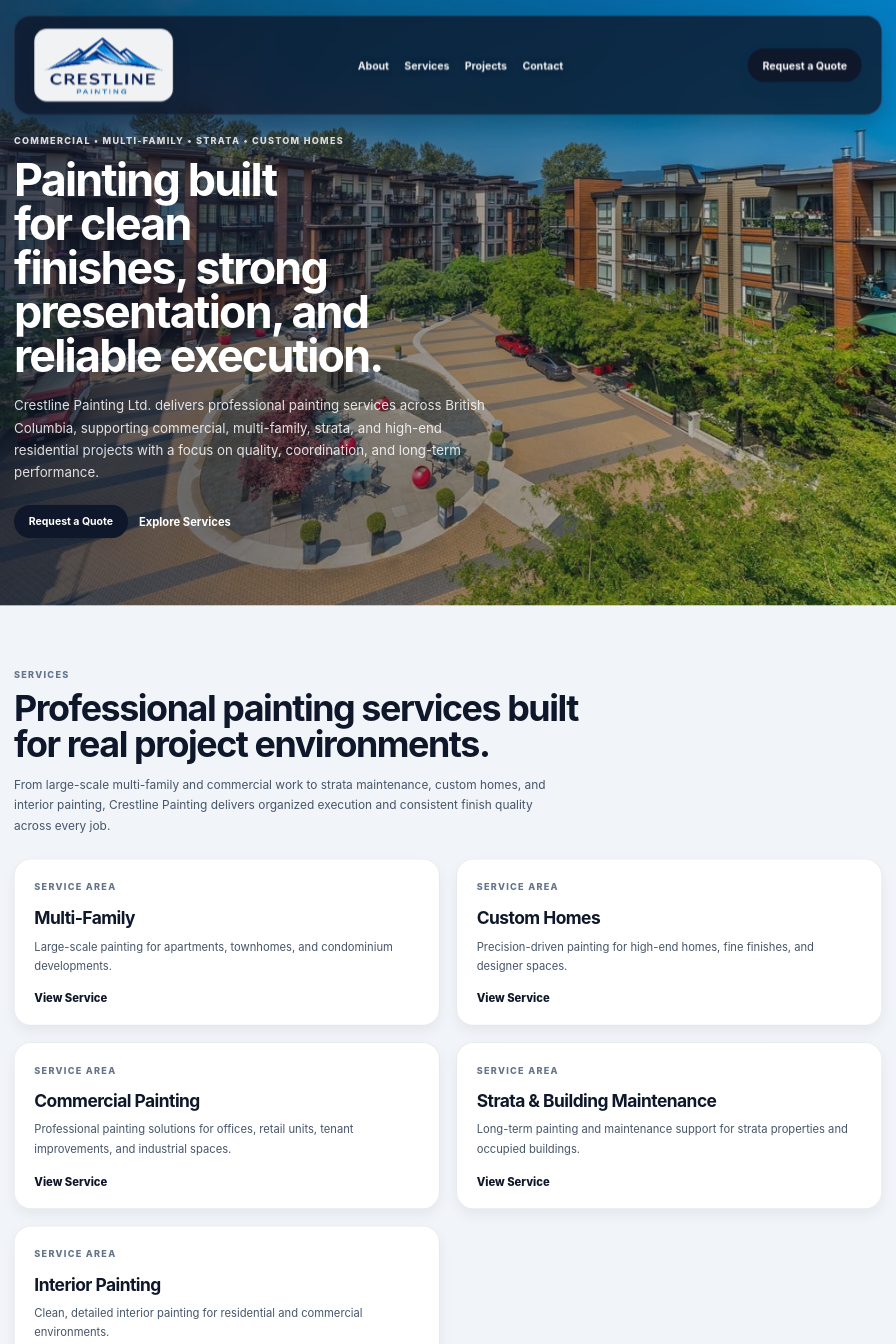
Repository: 300LBHACK3R/Crestline-Painting
Page: /
These files come from the project's save history. The page is drawn as it stood at one moment and after the next save; the edit follows.
The browser window is 1280 px wide. The pictures show the part of the page from y = 0 to 1920 px (the page is 5653 px tall before and 5716 px after), at 70% of full size.
The project was rebuilt for these pictures with package versions that can differ from the ones it lists, and the page was loaded fresh each time. The framework's server and built-in components were replaced by stand-ins that run in the browser. Also part of the build but not shown: next.config.ts.

Above is the page before, as saved 2026-04-20 11:53:30.

### src/app/layout.tsx
import type { Metadata } from "next";
import "./globals.css";

export const metadata: Metadata = {
  title: "Crestline Painting Ltd.",
  description:
    "Professional painting services across British Columbia for commercial, multi-family, strata, custom homes, and interior projects.",
};

export default function RootLayout({
  children,
}: Readonly<{
  children: React.ReactNode;
}>) {
  return (
    <html lang="en">
      <body>{children}</body>
    </html>
  );
}

### src/app/page.tsx
import SiteHeader from "@/components/layout/site-header";
import SiteFooter from "@/components/layout/site-footer";
import HomeHero from "@/components/home/home-hero";
import HomeServicesPreview from "@/components/home/home-services-preview";
import HomeAboutPreview from "@/components/home/home-about-preview";
import HomeProjectsPreview from "@/components/home/home-projects-preview";
import HomeCta from "@/components/home/home-cta";

export default function HomePage() {
  return (
    <>
      {/* Hero header stays transparent */}
      <SiteHeader />

      <main>
        <HomeHero />

        {/* Main content flow */}
        <section>
          <HomeServicesPreview />
        </section>

        <section>
          <HomeAboutPreview />
        </section>

        <section>
          <HomeProjectsPreview />
        </section>

        <section>
          <HomeCta />
        </section>
      </main>

      <SiteFooter />
    </>
  );
}

### src/components/layout/site-header.tsx
import Link from "next/link";

type SiteHeaderProps = {
  light?: boolean;
};

const navItems = [
  { href: "/about", label: "About" },
  { href: "/services", label: "Services" },
  { href: "/projects", label: "Projects" },
  { href: "/contact", label: "Contact" },
];

export default function SiteHeader({ light = false }: SiteHeaderProps) {
  return (
    <header className={`site-header ${light ? "site-header--light" : ""}`}>
      <div className="container">
        <div className="site-header__shell">
          <Link
            href="/"
            className="site-header__brand"
            aria-label="Go to Crestline Painting homepage"
          >
            <img
              src="/images/branding/logo.png"
              alt="Crestline Painting logo"
              className="site-header__logo"
              loading="eager"
              decoding="async"
            />
          </Link>

          <nav className="site-header__nav" aria-label="Primary navigation">
            {navItems.map((item) => (
              <Link key={item.href} href={item.href} className="site-header__link">
                {item.label}
              </Link>
            ))}
          </nav>

          <Link
            href="/contact"
            className="site-header__cta"
            aria-label="Request a quote from Crestline Painting"
          >
            Request a Quote
          </Link>
        </div>
      </div>
    </header>
  );
}

### src/components/layout/site-footer.tsx
import Link from "next/link";

export default function SiteFooter() {
  return (
    <footer className="site-footer">
      <div className="container">
        <div className="site-footer__shell">
          <div className="site-footer__grid">
            <div>
              <img
                src="/images/branding/logo.png"
                alt="Crestline Painting logo"
                className="site-footer__logo"
              />
              <p className="site-footer__copy">
                Crestline Painting Ltd. provides professional painting services across
                British Columbia for commercial, multi-family, strata, custom home,
                and interior projects.
              </p>
            </div>

            <div>
              <div className="site-footer__heading">Navigation</div>
              <div className="site-footer__links">
                <Link href="/">Home</Link>
                <Link href="/about">About</Link>
                <Link href="/services">Services</Link>
                <Link href="/projects">Projects</Link>
                <Link href="/contact">Contact</Link>
              </div>
            </div>

            <div>
              <div className="site-footer__heading">Services</div>
              <div className="site-footer__links">
                <Link href="/services/multi-family">Multi-Family</Link>
                <Link href="/services/custom-homes">Custom Homes</Link>
                <Link href="/services/commercial-painting">Commercial Painting</Link>
                <Link href="/services/strata-building-maintenance">
                  Strata &amp; Building Maintenance
                </Link>
                <Link href="/services/interior-painting">Interior Painting</Link>
              </div>
            </div>

            <div>
              <div className="site-footer__heading">Contact</div>
              <div className="site-footer__links">
                <a href="mailto:info@crestlinepainting.ca">info@crestlinepainting.ca</a>
                <a href="tel:+12505551234">(250) 555-1234</a>
                <span>British Columbia, Canada</span>
              </div>
            </div>
          </div>

          <div className="site-footer__bottom">
            <span>© {new Date().getFullYear()} Crestline Painting Ltd. All rights reserved.</span>
            <span>
              Website by{" "}
              <a
                href="https://landltechsolutions.ca"
                target="_blank"
                rel="noreferrer"
                className="site-footer__credit"
              >
                L&amp;L Tech Solutions
              </a>
            </span>
          </div>
        </div>
      </div>
    </footer>
  );
}

### src/components/home/home-hero.tsx
import Link from "next/link";

export default function HomeHero() {
  return (
    <section className="home-hero">
      <div
        className="home-hero__photo"
        style={{
          backgroundImage:
            "url('/images/home/Apartment-Kelowna-Painting-Building-ConstructionPainting-Crestline-Painting.jpg')",
        }}
      />
      <div className="home-hero__overlay" />

      <div className="container">
        <div className="home-hero__content">
          <div className="home-hero__eyebrow">
            Commercial • Multi-Family • Strata • Custom Homes
          </div>

          <h1 className="home-hero__title">
            Painting built for clean finishes, strong presentation, and reliable execution.
          </h1>

          <p className="home-hero__copy">
            Crestline Painting Ltd. delivers professional painting services across British Columbia,
            supporting commercial, multi-family, strata, and high-end residential projects with a
            focus on quality, coordination, and long-term performance.
          </p>

          <div className="home-hero__actions">
            <Link href="/contact" className="site-header__cta">
              Request a Quote
            </Link>

            <Link href="/services" className="text-link text-link--light">
              Explore Services
            </Link>
          </div>
        </div>
      </div>
    </section>
  );
}

### src/components/home/home-services-preview.tsx
import Link from "next/link";
import { services } from "@/data/services";
import SectionIntro from "@/components/shared/section-intro";

export default function HomeServicesPreview() {
  return (
    <section className="section section--soft">
      <div className="container">
        <SectionIntro
          eyebrow="Services"
          title="Professional painting services built for real project environments."
          copy="From large-scale multi-family and commercial work to strata maintenance, custom homes, and interior painting, Crestline Painting delivers organized execution and consistent finish quality across every job."
        />

        <div className="card-grid">
          {services.map((service) => (
            <article key={service.slug} className="card">
              <div className="card__eyebrow">Service Area</div>
              <h3 className="card__title">{service.title}</h3>
              <p className="card__copy">{service.short}</p>
              <Link href={`/services/${service.slug}`} className="card__link">
                View Service
              </Link>
            </article>
          ))}
        </div>

        <div className="section__actions">
          <Link href="/services" className="card__link">
            View All Services
          </Link>
        </div>
      </div>
    </section>
  );
}

### src/components/home/home-about-preview.tsx
import Link from "next/link";

export default function HomeAboutPreview() {
  return (
    <section className="section">
      <div className="container">
        <div className="split-panel">
          <div className="split-panel__content">
            <div className="section-intro__eyebrow">About Crestline</div>

            <h2 className="section-intro__title">
              Built on craftsmanship, integrity, and over two decades of proven results.
            </h2>

            <p className="section-intro__copy">
              Founded in 2003, Crestline Painting Ltd. has grown from a family-run operation into
              a trusted full-scale painting company delivering consistent, high-quality results
              across custom homes, multi-family developments, commercial properties, and strata
              projects throughout British Columbia.
            </p>

            <p className="section-intro__copy">
              With a strong focus on preparation, coordination, and finish quality, every project
              is approached with the same level of professionalism, regardless of size or scope.
            </p>

            <Link href="/about" className="card__link">
              Learn More About Crestline
            </Link>
          </div>

          <div className="stats-card">
            <div className="stats-card__item">
              <strong>2003</strong>
              <span>Founded</span>
            </div>

            <div className="stats-card__item">
              <strong>20+</strong>
              <span>Years of experience</span>
            </div>

            <div className="stats-card__item">
              <strong>BC</strong>
              <span>Serving projects across British Columbia</span>
            </div>
          </div>
        </div>
      </div>
    </section>
  );
}

### src/components/home/home-projects-preview.tsx
import Link from "next/link";
import { projects } from "@/data/projects";
import SectionIntro from "@/components/shared/section-intro";

export default function HomeProjectsPreview() {
  return (
    <section className="section">
      <div className="container">
        <SectionIntro
          eyebrow="Projects"
          title="A strong portfolio across commercial, multi-family, strata, and custom home projects."
          copy="Crestline Painting delivers consistent, high-quality results across a wide range of project types, with a focus on clean finishes, organization, and long-term durability."
        />

        <div className="card-grid">
          {projects.slice(0, 4).map((project) => (
            <article key={project.title} className="project-card">
              <div
                className="project-card__image"
                style={{ backgroundImage: `url('${project.image}')` }}
              />

              <div className="project-card__body">
                <div className="card__eyebrow">{project.category}</div>
                <h3 className="card__title">{project.title}</h3>
                <p className="card__copy">{project.description}</p>
                <div className="card__meta">{project.location}</div>
              </div>
            </article>
          ))}
        </div>

        <div className="section__actions">
          <Link href="/projects" className="card__link">
            View Full Portfolio
          </Link>
        </div>
      </div>
    </section>
  );
}

### src/components/home/home-cta.tsx
import Link from "next/link";

export default function HomeCta() {
  return (
    <section className="section">
      <div className="container">
        <div className="cta-panel">
          <div className="cta-panel__content">
            <div className="section-intro__eyebrow">Request a Quote</div>
            <h2 className="section-intro__title">
              Need a painting team that brings professionalism, coordination, and clean results?
            </h2>
            <p className="section-intro__copy">
              Crestline Painting works across British Columbia on commercial, multi-family,
              strata, custom home, and interior projects with a practical, organized approach
              built to deliver strong finishes and dependable execution.
            </p>
          </div>

          <div className="cta-panel__actions">
            <Link href="/contact" className="site-header__cta">
              Request a Quote
            </Link>
            <Link href="/projects" className="text-link">
              View Projects
            </Link>
          </div>
        </div>
      </div>
    </section>
  );
}

### src/data/services.ts
export type ServiceItem = {
  slug: string;
  title: string;
  short: string;
  intro: string;
  bullets: string[];
  image: string;
};

export const services: ServiceItem[] = [
  {
    slug: "multi-family",
    title: "Multi-Family",
    short:
      "Large-scale painting for apartments, townhomes, and condominium developments.",
    intro:
      "We specialize in large-scale multi-family projects, delivering consistent finishes across apartments, townhomes, and condominium developments. Our team is structured for high-volume production while maintaining strict quality control at every stage.",
    bullets: [
      "Interior and exterior painting",
      "Apartment, condo, and townhouse developments",
      "Parkades and common areas",
      "Spray finishes and production coatings",
      "Drywall repair and surface preparation",
    ],
    image:
      "/images/home/Apartment-Kelowna-Painting-Building-ConstructionPainting-Crestline-Painting.jpg",
  },
  {
    slug: "custom-homes",
    title: "Custom Homes",
    short:
      "Precision-driven painting for high-end homes, fine finishes, and designer spaces.",
    intro:
      "High-end homes demand a higher level of craftsmanship. Our custom home painting services focus on precision, detail, and flawless execution from preparation through final finish.",
    bullets: [
      "Fine finish spraying and hand-applied coatings",
      "Detailed trim, millwork, and feature walls",
      "Specialty finishes and designer specifications",
      "Interior and exterior luxury coatings",
      "Surface perfection and meticulous prep work",
    ],
    image:
      "/images/projects/W42Residence-Custom-Interior-Crestline-Painting-Construction-Exterior-Painting.jpg",
  },
  {
    slug: "commercial-painting",
    title: "Commercial Painting",
    short:
      "Professional painting solutions for offices, retail units, tenant improvements, and industrial spaces.",
    intro:
      "We provide professional painting solutions for commercial environments including offices, retail units, industrial buildings, and tenant improvements, with a focus on clean execution and reliable scheduling.",
    bullets: [
      "Offices, retail spaces, and tenant improvements",
      "Warehouses and industrial buildings",
      "Schools, universities, and education facilities",
      "Hospitals and medical buildings",
      "Interior and exterior repaints",
      "Protective and durable coatings",
    ],
    image:
      "/images/services/Oxford-Properties-Remodel-ConstructionPainting-Exterior-Painting-Crestline-Painting.jpg",
  },
  {
    slug: "strata-building-maintenance",
    title: "Strata & Building Maintenance",
    short:
      "Long-term painting and maintenance support for strata properties and occupied buildings.",
    intro:
      "We provide comprehensive painting and maintenance solutions for strata properties and existing buildings, helping extend the life, appearance, and long-term performance of the property.",
    bullets: [
      "Exterior repaints and building refreshes",
      "Routine maintenance programs",
      "Envelope repairs and surface restoration",
      "Wood, metal, and concrete coatings",
      "Pressure washing and surface preparation",
    ],
    image:
      "/images/projects/Vancouver-Painting-Crestline-Painting-Construction-Interior-Exterior-Strata.jpg",
  },
  {
    slug: "interior-painting",
    title: "Interior Painting",
    short:
      "Clean, detailed interior painting for residential and commercial environments.",
    intro:
      "Our interior painting services are built around proper preparation, clean execution, and a professional finish that elevates the space. From occupied homes to commercial interiors, we focus on detail, protection, and a polished result.",
    bullets: [
      "Walls, ceilings, and trim",
      "Residential and commercial interiors",
      "Surface preparation and patching",
      "Clean masking and jobsite protection",
      "Detailed finish work",
    ],
    image:
      "/images/services/Oxford-Properties-Remodel-ConstructionPainting-Exterior-Painting-Crestline-Painting.jpg",
  },
];

### src/components/shared/section-intro.tsx
type SectionIntroProps = {
  eyebrow: string;
  title: string;
  copy: string;
};

export default function SectionIntro({ eyebrow, title, copy }: SectionIntroProps) {
  return (
    <div className="section-intro">
      <div className="section-intro__eyebrow">{eyebrow}</div>
      <h2 className="section-intro__title">{title}</h2>
      <p className="section-intro__copy">{copy}</p>
    </div>
  );
}

### src/data/projects.ts
export type ProjectItem = {
  title: string;
  category: string;
  location: string;
  description: string;
  image: string;
};

export const projects: ProjectItem[] = [
  {
    title: "Commercial Office Building",
    category: "Commercial",
    location: "Vernon, BC",
    description:
      "Large-scale commercial painting project completed with a focus on clean finishes, durability, and consistent presentation across all surfaces.",
    image: "/images/projects/South-Surrey-Commercial-Paint-Exterior-Painting-Crestline-Painting-Construction.jpg",
  },
  {
    title: "Modern Tower Development",
    category: "Multi-Family",
    location: "Vancouver, BC",
    description:
      "Multi-residential tower project delivering uniform finishes across units and common areas with efficient coordination and production-focused execution.",
    image: "/images/projects/Oxford-Properties-Remodel-ConstructionPainting-Exterior-Painting-Crestline-Painting.jpg",
  },
  {
    title: "Luxury Custom Home",
    category: "Custom Homes",
    location: "Kelowna, BC",
    description:
      "High-end custom home painting with detailed preparation, fine finishes, and a strong focus on overall presentation and craftsmanship.",
    image: "/images/projects/W42Residence-Custom-Interior-Crestline-Painting-Construction-Exterior-Painting.jpg",
  },
  {
    title: "Langley Strata Repaint",
    category: "Strata",
    location: "Langley, BC",
    description:
      "Strata repaint project focused on restoring exterior surfaces, improving building appearance, and delivering long-lasting protection.",
    image: "/images/projects/Vancouver-Painting-Crestline-Painting-Construction-Interior-Exterior-Strata.jpg",
  },
];

Loaded but not shown: src/app/globals.css (769 lines, source omitted)

After the next save:
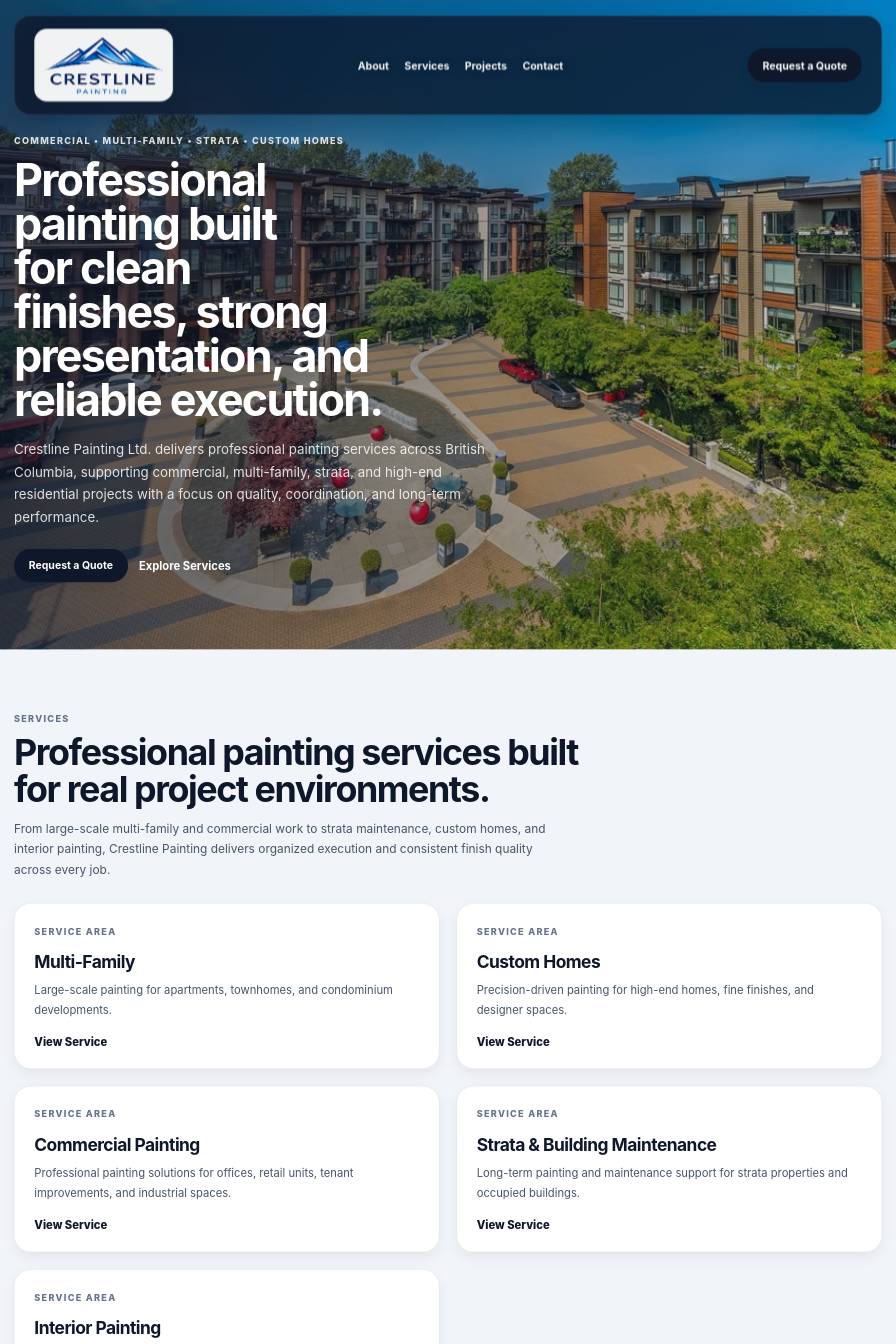
Saved 4 h 4 min later.
--- a/src/components/home/home-hero.tsx
+++ b/src/components/home/home-hero.tsx
@@ -19,13 +19,14 @@
           </div>
 
           <h1 className="home-hero__title">
-            Painting built for clean finishes, strong presentation, and reliable execution.
+            Professional painting built for clean finishes, strong presentation, and reliable
+            execution.
           </h1>
 
           <p className="home-hero__copy">
-            Crestline Painting Ltd. delivers professional painting services across British Columbia,
-            supporting commercial, multi-family, strata, and high-end residential projects with a
-            focus on quality, coordination, and long-term performance.
+            Crestline Painting Ltd. delivers professional painting services across British
+            Columbia, supporting commercial, multi-family, strata, and high-end residential
+            projects with a focus on quality, coordination, and long-term performance.
           </p>
 
           <div className="home-hero__actions">
